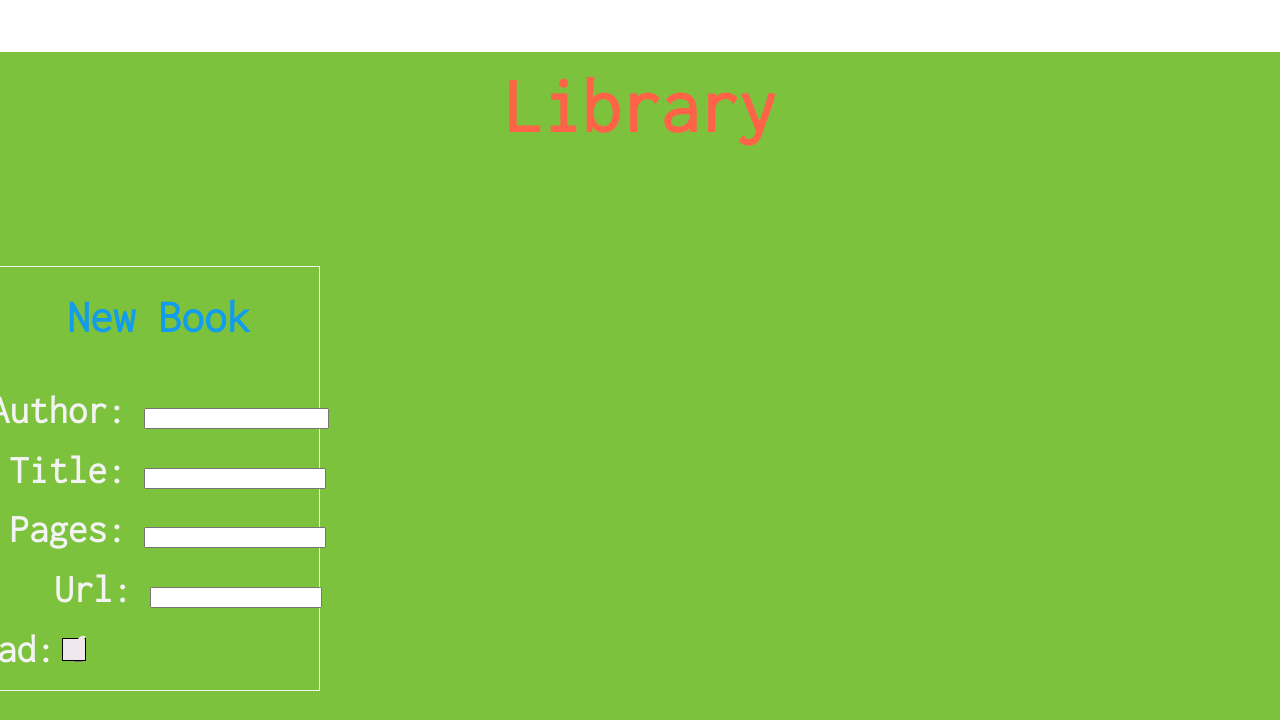
Repository: 0101chaitanya/Library
Page: index.html
The author's editor kept a copy of each file at every save. The page is drawn from the files as they stood at one save, then again after the next save.
The browser window is 1280 px wide. The pictures show the whole page.

Above is the page before, as saved 2021-06-03 17:24:03.

After the next save:
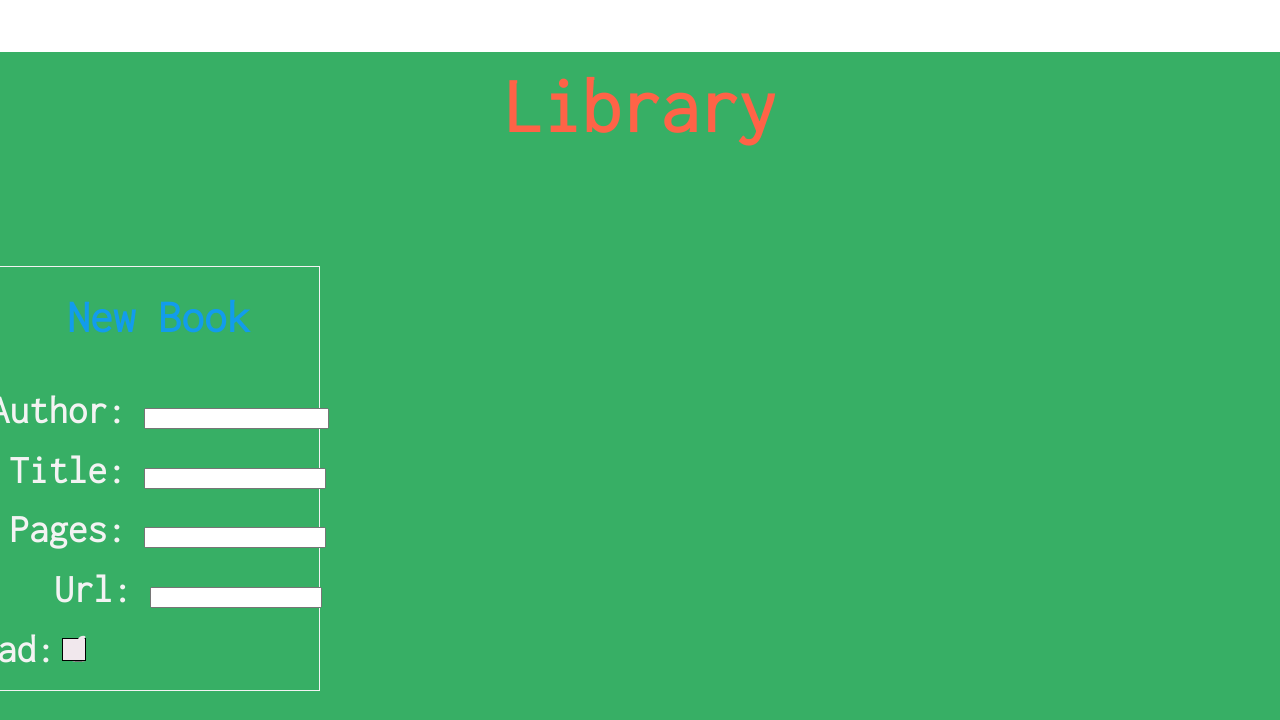
Saved 37 s later.
--- a/styles.css
+++ b/styles.css
@@ -1,7 +1,6 @@
   @import url('https://fonts.googleapis.com/css2?family=Inconsolata:wght@300&display=swap');
    :root {
       --color-white: #f3f3f3;
-      --color-darkblue: #7dc23d;
       --color-darkblue-alpha: rgba(27, 27, 50, 0.8);
       --color-green: #37af65;
   }
@@ -21,7 +20,7 @@
       height: 100%;
       width: 100%;
       z-index: -1;
-      background: var(--color-darkblue);
+      background: var(--color-green);
   }
 
   @media (max-width: 400px) {
